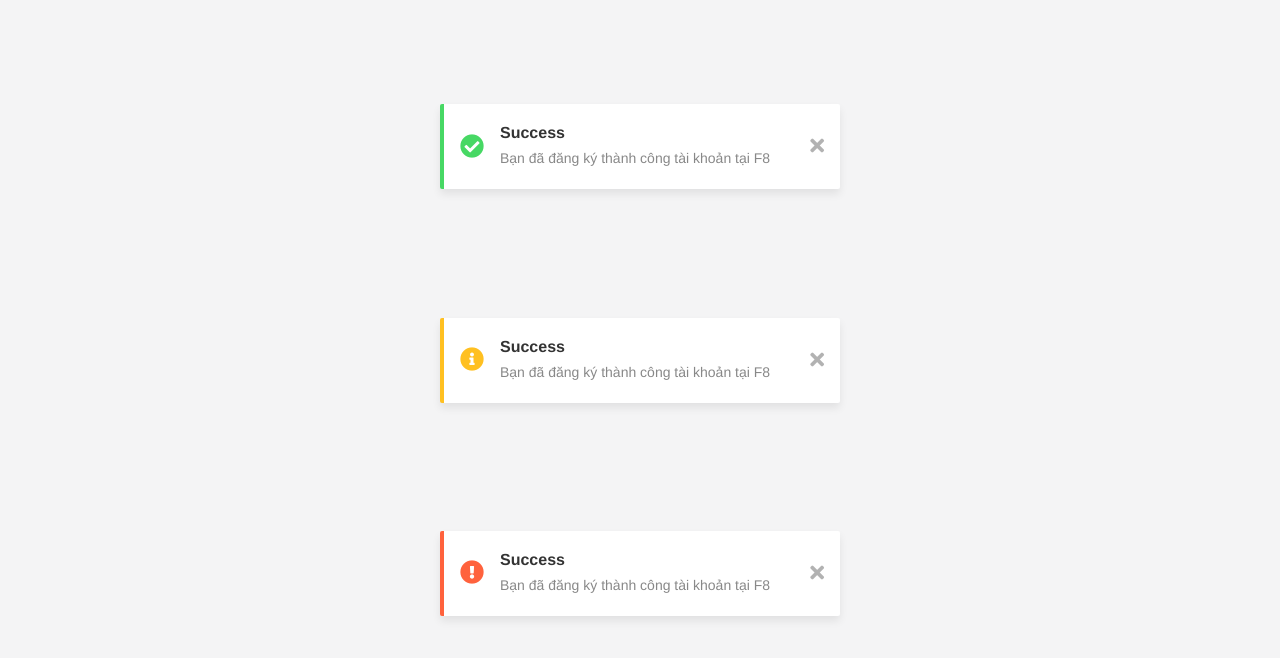
Repository: vuongtm1999/Toast_Message
Page: toast-message.html
An editor plug-in stored every save of this project. The page is shown before and after the next save, followed by the edit.
The browser window is 1280 px wide. The pictures show the whole page.

Above is the page before, as saved 2022-09-01 12:54:09.

### toast-message.html
<!DOCTYPE html>
<html lang="en">
  <head>
    <meta charset="UTF-8" />
    <meta http-equiv="X-UA-Compatible" content="IE=edge" />
    <meta name="viewport" content="width=device-width, initial-scale=1.0" />
    <link
      rel="stylesheet"
      href="https://cdnjs.cloudflare.com/ajax/libs/font-awesome/5.15.1/css/all.min.css"
      integrity="sha512-+4zCK9k+qNFUR5X+cKL9EIR+ZOhtIloNl9GIKS57V1MyNsYpYcUrUeQc9vNfzsWfV28IaLL3i96P9sdNyeRssA=="
      crossorigin="anonymous"
    />
    <link rel="stylesheet" href="toast-message.css" />
    <script type="text/javascript" src="toast-message.js"></script>
    <title>Toast message</title>
  </head>
  <body>
    <div id="toast"></div>
    <div class="toast toast--success">
      <!-- success -->
      <div class="toast__icon">
        <i class="fas fa-check-circle"></i>
      </div>
      <div class="toast__body">
        <h3 class="toast__title">Success</h3>
        <p class="toast__msg">Bạn đã đăng ký thành công tài khoản tại F8</p>
      </div>
      <div class="toast__close">
        <i class="fas fa-times"></i>
      </div>
    </div>

    <div class="toast toast--warning">
        <!-- warming -->
      <div class="toast__icon">
        <i class="fas fa-info-circle"></i>
      </div>
      <div class="toast__body">
        <h3 class="toast__title">Success</h3>
        <p class="toast__msg">Bạn đã đăng ký thành công tài khoản tại F8</p>
      </div>
      <div class="toast__close">
        <i class="fas fa-times"></i>
      </div>
    </div>

    <!-- danger -->
    <div class="toast toast--error">
      <!-- success -->
      <div class="toast__icon">
        <i class="fas fa-exclamation-circle"></i>
      </div>
      <div class="toast__body">
        <h3 class="toast__title">Success</h3>
        <p class="toast__msg">Bạn đã đăng ký thành công tài khoản tại F8</p>
      </div>
      <div class="toast__close">
        <i class="fas fa-times"></i>
      </div>
    </div>

    <!-- <div>
      <div onclick="showSuccessToast();" class="btn btn--success">
        Show success toast
      </div>
      <div onclick="showErrorToast();" class="btn btn--danger">
        Show error toast
      </div>
    </div> -->

    <script>
      function showSuccessToast() {
        toast({
          title: "Thành công!",
          message: "Bạn đã đăng ký thành công tài khoản tại F8.",
          type: "success",
          duration: 5000,
        });
      }

      function showErrorToast() {
        toast({
          title: "Thất bại!",
          message: "Có lỗi xảy ra, vui lòng liên hệ quản trị viên.",
          type: "error",
          duration: 5000,
        });
      }
    </script>
  </body>
</html>

### toast-message.css
* {
    padding: 0;
    margin: 0;
    box-sizing: border-box;
}

body {
    height: 100vh;
    display: flex;
    flex-direction: column;
    font-family: "Helvetica Neue";
    background-color: #f4f4f5;
}

body>div {
    margin: auto;
}

/* ======= Buttons ======== */

/* Block */
.btn {
    display: inline-block;
    text-decoration: none;
    background-color: transparent;
    border: none;
    outline: none;
    color: #fff;
    padding: 12px 48px;
    border-radius: 50px;
    cursor: pointer;
    min-width: 120px;
    transition: opacity 0.2s ease;
}

/* Modifier */
.btn--size-l {
    padding: 16px 56px;
}

.btn--size-s {
    padding: 8px 32px;
}

.btn:hover {
    opacity: 0.8;
}

.btn+.btn {
    margin-left: 16px;
}

.btn--success {
    background-color: #71be34;
}

.btn--warn {
    background-color: #ffb702;
}

.btn--danger {
    background-color: #ff623d;
}

.btn--disabled {
    opacity: 0.5 !important;
    cursor: default;
}

/* ======= Toast message ======== */

#toast {
    position: fixed;
    top: 32px;
    right: 32px;
    z-index: 999999;
}

.toast {
    display: flex;
    align-items: center;
    background-color: #fff;
    border-radius: 2px;
    padding: 20px 0;
    min-width: 400px;
    max-width: 450px;
    border-left: 4px solid;
    box-shadow: 0 5px 8px rgba(0, 0, 0, 0.08);
    /* transition: all linear 0.3s; */
}

/* @keyframes slideInLeft {
    from {
        opacity: 0;
        transform: translateX(calc(100% + 32px));
    }

    to {
        opacity: 1;
        transform: translateX(0);
    }
}

@keyframes fadeOut {
    to {
        opacity: 0;
    }
} */

.toast--success {
    border-color: #47d864;
}

.toast--success .toast__icon {
    color: #47d864;
}

.toast--info {
    border-color: #2f86eb;
}

.toast--info .toast__icon {
    color: #2f86eb;
}

.toast--warning {
    border-color: #ffc021;
}

.toast--warning .toast__icon {
    color: #ffc021;
}

.toast--error {
    border-color: #ff623d;
}

.toast--error .toast__icon {
    color: #ff623d;
}

.toast+.toast {
    margin-top: 24px;
}

.toast__icon {
    font-size: 24px;
}

.toast__icon,
.toast__close {
    padding: 0 16px;
}

.toast__body {
    flex-grow: 1;
}

.toast__title {
    font-size: 16px;
    font-weight: 600;
    color: #333;
}

.toast__msg {
    font-size: 14px;
    color: #888;
    margin-top: 6px;
    line-height: 1.5;
}

.toast__close {
    font-size: 20px;
    color: rgba(0, 0, 0, 0.3);
    cursor: pointer;
}

Loaded but not shown: toast-message.js (no stored copy; drawn as an empty file)

After the next save:
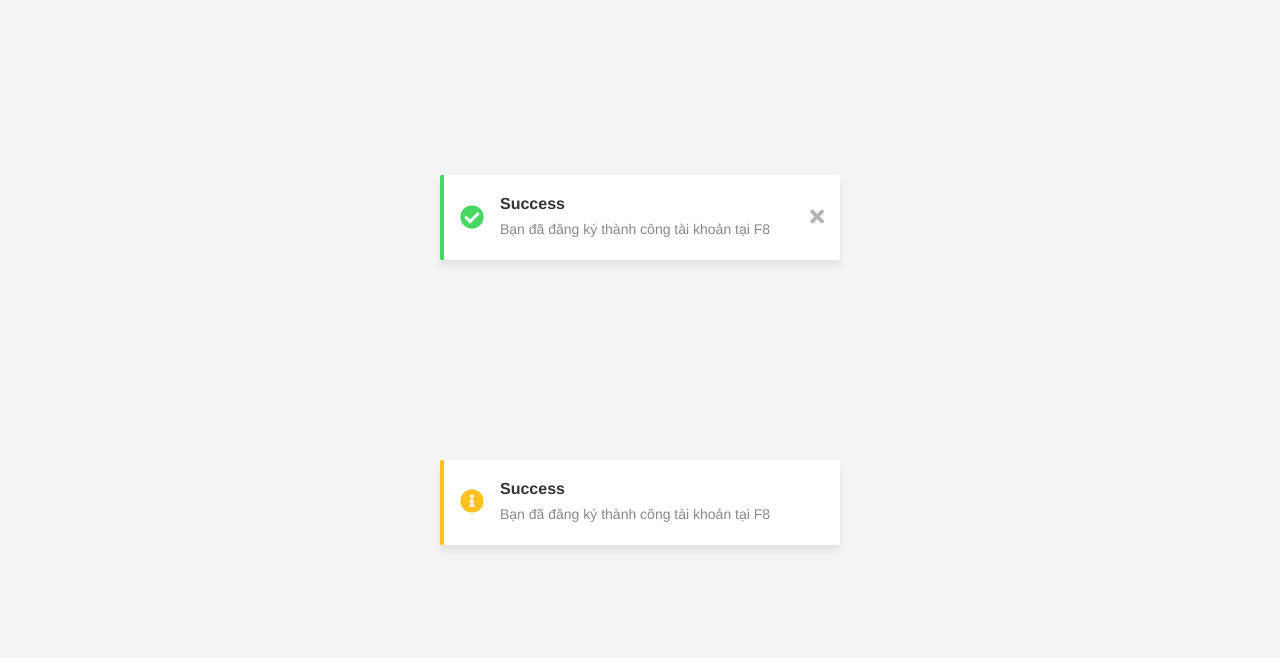
Saved 2 min 4 s later.
--- a/toast-message.html
+++ b/toast-message.html
@@ -39,14 +39,15 @@
         <h3 class="toast__title">Success</h3>
         <p class="toast__msg">Bạn đã đăng ký thành công tài khoản tại F8</p>
       </div>
-      <div class="toast__close">
+      <!-- <div class="toast__close">
         <i class="fas fa-times"></i>
       </div>
-    </div>
+    </div> -->
 
-    <!-- danger -->
+    <!--
+    danger
     <div class="toast toast--error">
-      <!-- success -->
+      success
       <div class="toast__icon">
         <i class="fas fa-exclamation-circle"></i>
       </div>
@@ -58,6 +59,7 @@
         <i class="fas fa-times"></i>
       </div>
     </div>
+    -->
 
     <!-- <div>
       <div onclick="showSuccessToast();" class="btn btn--success">
